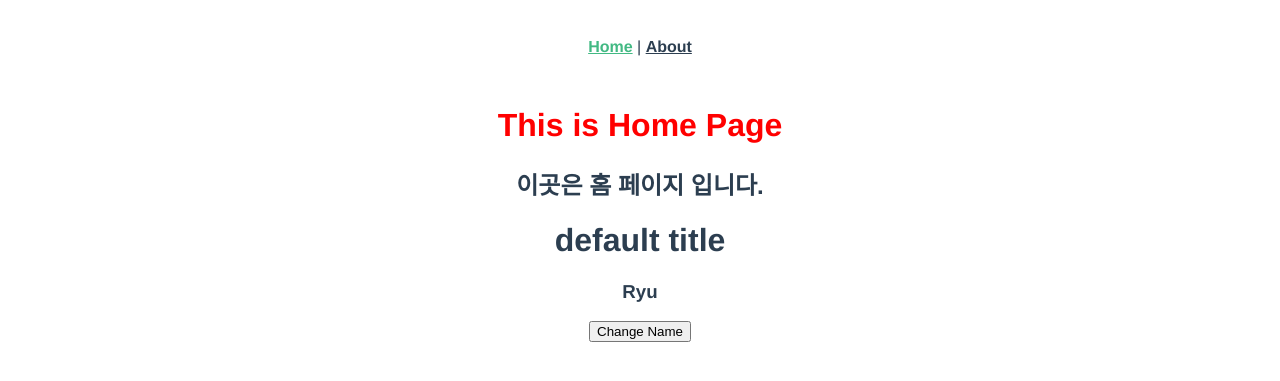
Repository: RyuGeunHwan/code_J
Page: / (app in vue-props/)
The author's editor kept a copy of each file at every save. The page is drawn from the files as they stood at one save, then again after the next save.
The browser window is 1280 px wide. The pictures show the whole page.
The project was rebuilt for these pictures with package versions that can differ from the ones it lists, and the page was loaded fresh each time.

Above is the page before, as saved 2022-08-26 14:16:32.

### vue-props/src/views/Home.vue
<!-- template태그 : HTML이 들어가는 구역  -->
<template>
  <div>
    <h1>This is Home Page</h1>
    <h2>이곳은 홈 페이지 입니다.</h2>
    <KossieCoder name="Ryu"/>
  </div>
</template>

<!-- script태그 : 옵션,데이터,computed,watch 등이 들어가는 구역 -->
<script>
import KossieCoder from '@/components/KossieCoder.vue';


export default {
  components: {
    // import한 컴포넌트를 사용하겠다는 설정
    KossieCoder
  }
}
</script>


<!-- style : CSS코드 -->
<!-- scoped를 넣어줘야 위에보이는 template의 html태그에 적용이 된다. scoped를 않넣으면 vue어플리케이션 전체에 적용이 된다.-->
<style scoped>
h1{
  color : red
}
</style>

### vue-props/src/components/KossieCoder.vue
<template>
    <div>
        <h1>{{title}}</h1>
        <h3>{{name}}</h3>
        <!-- <p>{{  name  }}</p> -->
        <button @click="updateName">Change Name</button>
    </div>
</template>

<script>
export default {
    props: {
        title: {
            type : String,
            required : false ,
            //required = 무조건 항상 보내줘야한다는것
            default: 'default title'
            //default : 자식컴포넌트에서 props를 받아오지 않아도 default로 보여줌.
        },
        name: {
            type : String,
            required : false,
            //required = 무조건 항상 보내줘야한다는것
            default: 'Ryu geun hwan'
            //default : 자식컴포넌트에서 props를 받아오지 않아도 default로 보여줌.
        }
    },
    data(){
        return{
            // name : 'Kossie Coder'
        }
    },
    methods: {
        updateName(){
            this.name = 'Kossie Coder Updated'
        }
    }

}
</script>

<style scoped>

</style>

Loaded but not shown: vue-props/public/index.html (common file); vue-props/src/main.js (common file); vue-props/src/App.vue (common file); vue-props/src/router/index.js (common file); vue-props/src/store/index.js (common file)

After the next save:
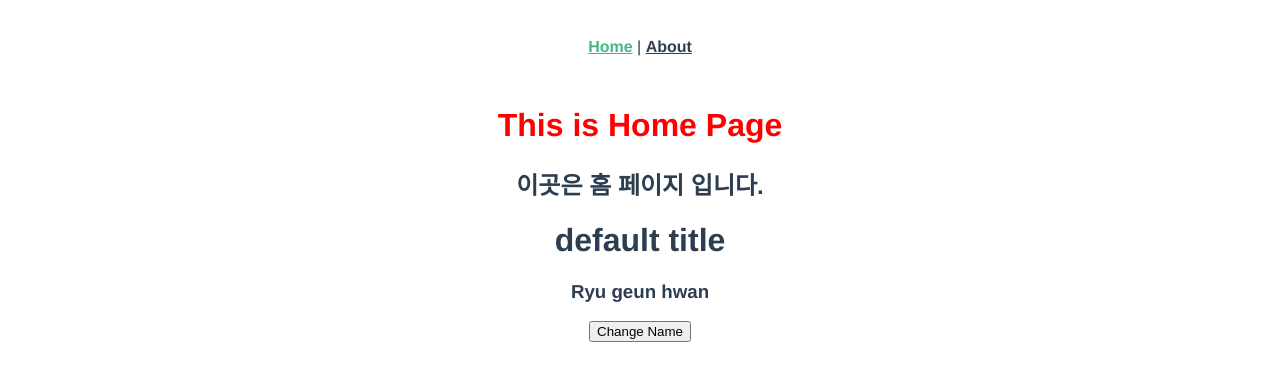
Saved 2 h 27 min later.
--- a/vue-props/src/views/Home.vue
+++ b/vue-props/src/views/Home.vue
@@ -3,7 +3,7 @@
   <div>
     <h1>This is Home Page</h1>
     <h2>이곳은 홈 페이지 입니다.</h2>
-    <KossieCoder name="Ryu"/>
+    <Kossie-coder />
   </div>
 </template>
 
